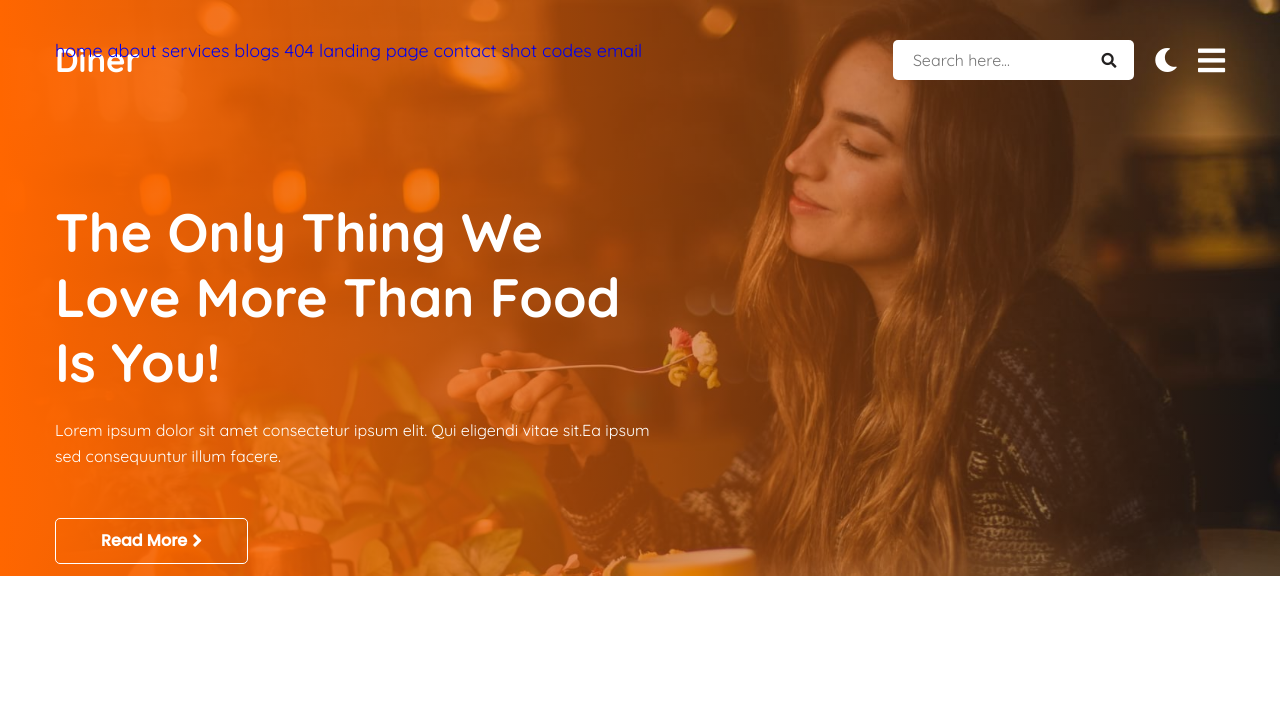
Repository: baobaodeveloper/bootscap21_project_AnhBao_VietToan_VietDuc
Page: index.html
The author's editor kept a copy of each file at every save. The page is drawn from the files as they stood at one save, then again after the next save.
The browser window is 1280 px wide. The pictures show the whole page.

Above is the page before, as saved 2022-03-02 23:39:52.

### index.html
<!DOCTYPE html>
<html lang="en">
  <head>
    <meta charset="UTF-8" />
    <meta http-equiv="X-UA-Compatible" content="IE=edge" />
    <meta name="viewport" content="width=device-width, initial-scale=1.0" />

    <!-- fontawesome link cdn -->
    <link
      rel="stylesheet"
      href="https://cdnjs.cloudflare.com/ajax/libs/font-awesome/5.15.4/css/all.min.css"
      integrity="sha512-1ycn6IcaQQ40/MKBW2W4Rhis/DbILU74C1vSrLJxCq57o941Ym01SwNsOMqvEBFlcgUa6xLiPY/NS5R+E6ztJQ=="
      crossorigin="anonymous"
      referrerpolicy="no-referrer"
    />

    <!-- font -->
    <link rel="preconnect" href="https://fonts.googleapis.com" />
    <link rel="preconnect" href="https://fonts.gstatic.com" crossorigin />
    <link
      href="https://fonts.googleapis.com/css2?family=Pacifico&family=Poppins:wght@300;400;500&family=Quicksand:wght@300;400;500;600;700&display=swap"
      rel="stylesheet"
    />

    <link rel="stylesheet" href="style.css" />
    <title>Diner</title>
  </head>
  <body>
    <header class="header">
      <div class="header__wrapper container">
        <div class="header__top">
          <a class="header__logo" href="#">Diner</a>

          <div class="header__navbar">
            <form class="navbar__search">
              <input type="search" placeholder="Search here..." id="search" />
              <label for="search" class="fas fa-search"></label>
            </form>

            <div class="mode__container">
              <i class="fas fa-sun" id="dark"></i>
              <i class="fas fa-moon" id="light"></i>
            </div>

            <div class="fa fa-bars" id="menuButton"></div>
          </div>

          <nav class="navbar__list">
            <a href="#">home</a>
            <a href="#">about</a>
            <a href="#">services</a>
            <a href="#">blogs</a>
            <a href="#">404</a>
            <a href="#">landing page</a>
            <a href="#">contact</a>
            <a href="#">shot codes</a>
            <a href="#">email</a>
          </nav>
        </div>

        <div class="header__content">
          <h2>the only thing we love more than food is you!</h2>
          <p>
            Lorem ipsum dolor sit amet consectetur ipsum elit. Qui eligendi
            vitae sit.Ea ipsum sed consequuntur illum facere.
          </p>
          <a href="#" class="btn"
            >read more <i class="fas fa-angle-right"></i
          ></a>
        </div>
      </div>
    </header>
  </body>
</html>

### style.css
* {
  padding: 0;
  margin: 0;
  box-sizing: border-box;
}

:root {
  --primary-font: "Quicksand", sans-serif;
  --secondary-font: "Pacifico", cursive;
  --third-font: "Poppins", sans-serif;
  --primary-color: #ff6600;
  --title-color: #232121;
  --white-color: #fff;
  --text-color: #161c2db3;
  --price-color: #ffc600;
}

img {
  display: block;
  max-width: 100%;
}

button,
input {
  display: inline-block;
  border: none;

  font-family: var(--primary-font);
  font-size: 1.6rem;

  outline: none;
}

a {
  display: inline-block;
  text-decoration: none;
}

html {
  font-size: 62.5%;
}

.container {
  max-width: 1200px;
  margin: 0 auto;
  padding: 0 1.5rem;
}

body {
  color: var(--title-color);

  font-family: var(--primary-font);
  font-size: 1.8rem;
  line-height: 1.2;
}

.btn {
  display: inline-flex;
  align-items: center;
  padding: 1.2rem 4.5rem;
  border-radius: 0.5rem;
  border: 1.5px solid var(--white-color);

  color: var(--white-color);
  background-color: transparent;

  font-family: var(--third-font);
  font-size: 1.6rem;
  text-transform: capitalize;
  font-weight: bold;

  transition: 0.4s linear;
}

.btn i {
  display: inline-block;
  margin-left: 0.5rem;

  font-size: 2rem;
}

.btn:hover {
  background-color: var(--white-color);
  color: var(--primary-color);
}

/* header section starts */
#dark {
  display: none;
}

.header {
  background-image: linear-gradient(to right, #ff6600, hsl(30deg 100% 1% / 20%)),
    url(./image/banner1.jpg);

  background-size: cover;
  background-repeat: no-repeat;
  background-attachment: fixed;

  min-height: 80vh;
}

.header__top {
  display: flex;
  justify-content: space-between;
  padding-top: 4rem;
  padding-bottom: 2rem;
}

.header__logo {
  color: var(--white-color);

  font-size: 3.3rem;
  font-weight: bold;
}

.navbar__search {
  position: relative;
}

.navbar__search input {
  padding: 1rem 5rem 1rem 2rem;

  border-radius: 0.5rem;

  color: var(--text-color);
}

.navbar__search label {
  position: absolute;
  top: 50%;
  right: 2.5rem;

  transform: translate(50%, -50%);

  font-size: 1.5rem;

  cursor: pointer;
}

.header__navbar {
  display: flex;
  justify-content: space-between;
  align-items: center;
  gap: 2rem;
}

.mode__container,
#menuButton {
  color: var(--white-color);
}

.mode__container {
  font-size: 2.4rem;
}

#menuButton {
  font-size: 3.1rem;
}

.header__content {
  max-width: 60rem;
  margin-top: 10rem;

  color: var(--white-color);
}

.header__content h2 {
  font-size: 5.4rem;

  text-transform: capitalize;
}

.header__content p {
  margin: 2.4rem 0 4.8rem;

  font-size: 1.6rem;
  line-height: 1.6;
}

.navbar__list {
  position: absolute;
}

/* header section ends */

After the next save:
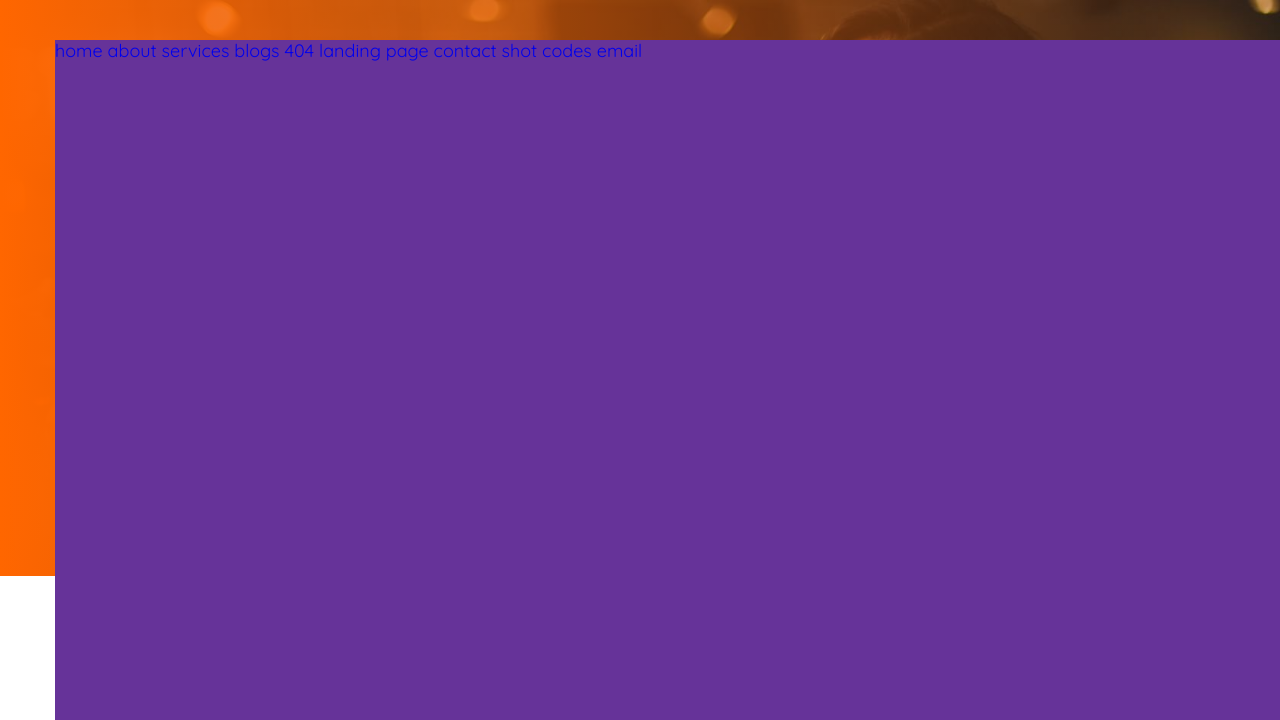
Saved 43 s later.
--- a/style.css
+++ b/style.css
@@ -179,7 +179,10 @@ body {
 }
 
 .navbar__list {
-  position: absolute;
+  position: fixed;
+  width: 100vw;
+  height: 100vh;
+  background-color: rebeccapurple;
 }
 
 /* header section ends */
